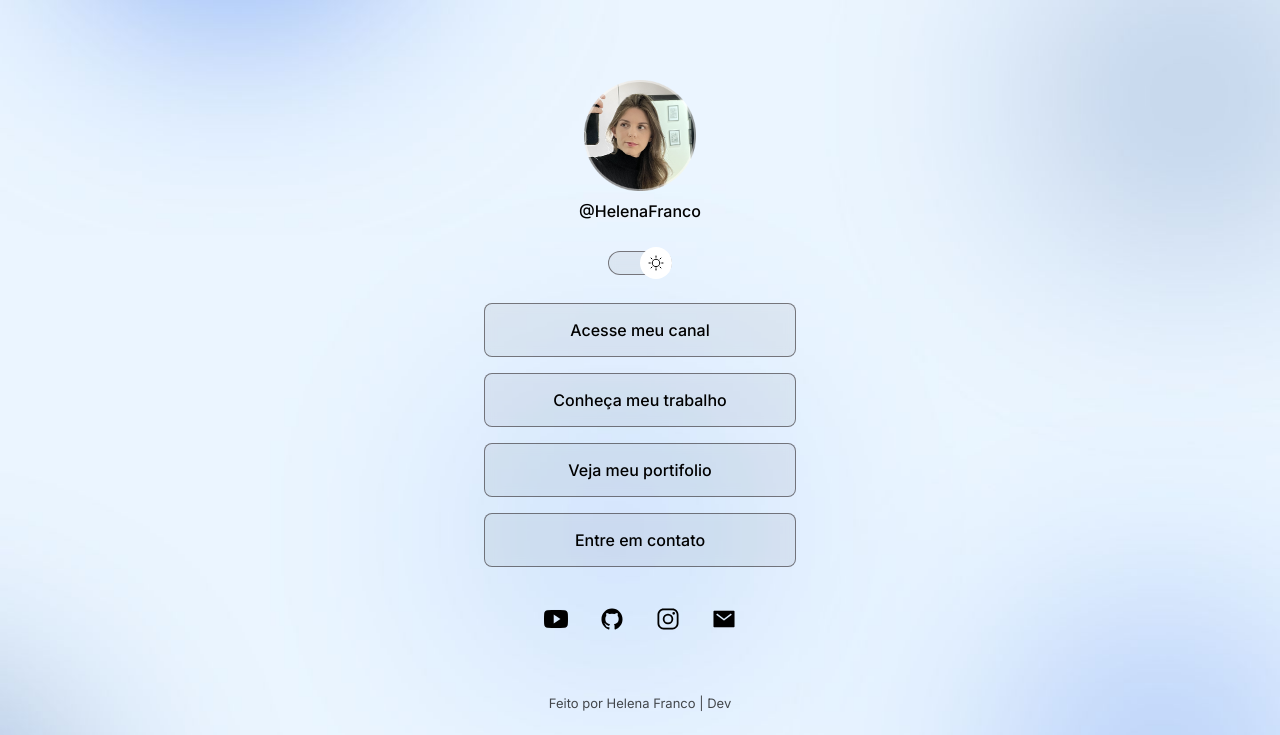
Repository: Fr4nc021/Pagina-de-links-
Page: index.html
These files come from the project's save history. The page is drawn as it stood at one moment and after the next save; the edit follows.
The browser window is 1280 px wide. The pictures show the whole page.

Above is the page before, as saved 2025-02-18 23:33:23.

### index.html
<!DOCTYPE html>
<html lang="pt-br" class="light">
    <head>
    <link rel="preconnect" href="https://fonts.googleapis.com" />
    <link rel="preconnect" href="https://fonts.gstatic.com" crossorigin
    />
    <link
    href="https://fonts.googleapis.com/css2?family=Inter:ital,opsz,wght@0,14..32,100..900;1,14..32,100..900&display=swap" rel="stylesheet"
    />
    <meta charset="UTF-8" />
    <meta http-equiv="X-UA-Compatible" content="IE=edge" />
    <meta name="viewport" content="width=device-width, initial-scale=1.0" />
    <title>DevLinks</title>
    <link rel="stylesheet" href="style.css" />
</head>
<body>
    <div id="container">
    <div id="profile">
    <img
        src="./assets/avatar.png"
        alt="Foto da Helena Franco sorrindo">
        <p>@HelenaFranco</p>
    </div>
    <div id="switch" onclick="toggleMode()">
        <button></button>
        <span></span>
    </div>

    <div>
        <ul>
            <li>
                <a href="https://www.youtube.com/@FR4NC021" target="_blank">Acesse meu canal</a>
            </li>
            <li>
                <a href="https://github.com/Fr4nc021" target="_blank">Conheça meu trabalho</a>
            </li>
            <li>
                <a href="https://github.com/Fr4nc021" target="_blank">Veja meu portifolio</a>
            </li>
            <li>
                <a href="https://w.app/hibmft" target="_blank">Entre em contato</a>
            </li>
        </ul>
    </div>
        <div id="social-links">
            <a href="https://www.youtube.com/@FR4NC021" target="_blank">
            <ion-icon name="logo-youtube"></ion-icon></a>

            <a href="https://github.com/Fr4nc021" target="_blank">
            <ion-icon name="logo-github"></ion-icon></a>

            <a href="https://www.instagram.com/h.franco__/" target="_blank">
            <ion-icon name="logo-instagram"></ion-icon></a>

            <a href="https://w.app/doczx7" target="_blank">
            <ion-icon name="mail-sharp"></ion-icon></a>
        </div>

        <footer>
            Feito por Helena Franco | Dev
        </footer>
    </div>
    <script
    type="module"
    src="https://unpkg.com/ionicons@7.1.0/dist/ionicons/ionicons.esm.js" ></script>
<script
nomodule
src = "https://unpkg.com/ionicons@7.1.0/dist/ionicons/ionicons.js" ></script>

<script src="script.js"></script>

</body>
</html>

### style.css
* {
    margin: 0%;
    padding: 0%;
    box-sizing: border-box;
}

:root {
    --text-color: white;
    --bg-light-desktop: url(./assets/bg-desktop.jpg);
    --bg-light-mobile: url(./assets/bg-mobile.jpg);
    --stroke-color: rgba(255, 255, 255, 0.5);
    --surface-color: rgba(255, 255, 255, 0.1);
    --surface-color-hover: rgba(0, 0, 0, 0.02);
    --highlight-color: rgba(255, 255, 255, 0.2);
    --switch-bg-url: url(./assets/moon-stars.svg);
}

.light {
    --text-color: black;
    --bg-light-desktop: url(./assets/bg-desktop-light.jpg);
    --bg-light-mobile: url(./assets/bg-mobile-light.jpg);
    --stroke-color: rgba(15, 5, 5, 0.5);
    --surface-color: rgba(0, 0, 0, 0.05);
    --surface-color-hover: rgba(0, 0, 0, 0.02);
    --highlight-color: rgba(0, 0, 0, 0.1);
    --switch-bg-url: url(./assets/sun.svg);


}

body {
background: var(--bg-light-desktop) no-repeat top center/cover;

color: var(--text-color);
}

body * {
        font-family: "Inter", sans-serif;
        color: var(--text-color);
    }

    .dark-mode {
        background-image: var(--bg-dark-desktop);
    }

    /* Para telas menores (mobile) */
    @media screen and (max-width: 768px) {
        body {
            background-image: var(--bg-light-mobile);
        }
        .dark-mode {
            background-image: var(--bg-dark-mobile);
        }
    }

#container {
    width: 360px;
    margin: 56px auto 0px;
    padding: 0 24px;
}

#profile img {
    width: 112px;
    display: block;
    margin: auto;

}

#profile {
    text-align: center;
    padding: 24px;
}

#profile p {
    font-weight: 500;
    line-height: 24px;
    margin-top: 8px;
}

#switch {
    position: relative; /* põe o elemento dentro de outro */
    width: 64px;

    margin: 4px auto;
}

#switch button {
    width: 32px;
    height: 32px;
    background: white var(--switch-bg-url) no-repeat center;
    border: 0;
    border-radius: 50%;

    position: absolute;
    top: 50%;
    left: 0;
    left: initial;
    z-index: 1;
    transform: translateY(-50%);
}

.light #switch button {
    right: 0;

}

#switch span {
    display: block;
    width: 64px;
    height: 24px;
    background: var(--surface-color);
    border: 1px solid var(--stroke-color);
    backdrop-filter: blur(4px);
    -webkit-backdrop-filter: blur(4px);
    border-radius: 9999px;
}

/* Links */

ul{
    list-style: none;
    display: flex;
    flex-direction: column;
    gap: 16px;

    padding: 24px 0;
}

ul li a {

        display: flex;
        align-items: center;
        justify-content: center;

        padding: 16px 24px;

        background: var(--surface-color);
        border: 1px solid var(--stroke-color);
        border-radius: 8px;

        -webkit-backdrop-filter: blur(4px);
        backdrop-filter: blur(4px);

        text-decoration: none;
        font-weight: 500;

        transition: background 0.2s;
    }

    /* pseudo-selector */

    ul li a:hover {
        background: var(--surface-color-hover);
        border: 1.5px solid var(--text-color);
    }

    #social-links {
        display: flex;
        justify-content: center;

        margin-top: 24px 0;

        font-size:24px;
    }

    #social-links a {
        display: flex;
        align-items: center;
        justify-content: center;
        padding: 16px;

        transition: 0.2s;
        border-radius: 50%;
    }


    #social-links a:hover {
        background:--var(--highlight-color);
    }

    footer {
        padding: 24px;
        text-align: center;
        margin-top: 24px;
        font-size: small;
        opacity: 0.7;

    }

### script.js
function toggleMode() {
    const html = document.documentElement
    html.classList.toggle('light');

    //if (html.classList.contains('light')) {
        //html.classList.remove('light');
        //} else {
            //html.classList.add('light');}


        }

### assets/sun.svg
<svg width="16" height="16" viewBox="0 0 16 16" fill="none" xmlns="http://www.w3.org/2000/svg">
<path d="M8 11.75C10.0711 11.75 11.75 10.0711 11.75 8C11.75 5.92893 10.0711 4.25 8 4.25C5.92893 4.25 4.25 5.92893 4.25 8C4.25 10.0711 5.92893 11.75 8 11.75Z" stroke="black" stroke-linecap="round" stroke-linejoin="round"/>
<path d="M8 2.25V1" stroke="black" stroke-linecap="round" stroke-linejoin="round"/>
<path d="M3.9313 3.9313L3.05005 3.05005" stroke="black" stroke-linecap="round" stroke-linejoin="round"/>
<path d="M2.25 8H1" stroke="black" stroke-linecap="round" stroke-linejoin="round"/>
<path d="M3.9313 12.0687L3.05005 12.95" stroke="black" stroke-linecap="round" stroke-linejoin="round"/>
<path d="M8 13.75V15" stroke="black" stroke-linecap="round" stroke-linejoin="round"/>
<path d="M12.0686 12.0687L12.9499 12.95" stroke="black" stroke-linecap="round" stroke-linejoin="round"/>
<path d="M13.75 8H15" stroke="black" stroke-linecap="round" stroke-linejoin="round"/>
<path d="M12.0686 3.9313L12.9499 3.05005" stroke="black" stroke-linecap="round" stroke-linejoin="round"/>
</svg>

After the next save:
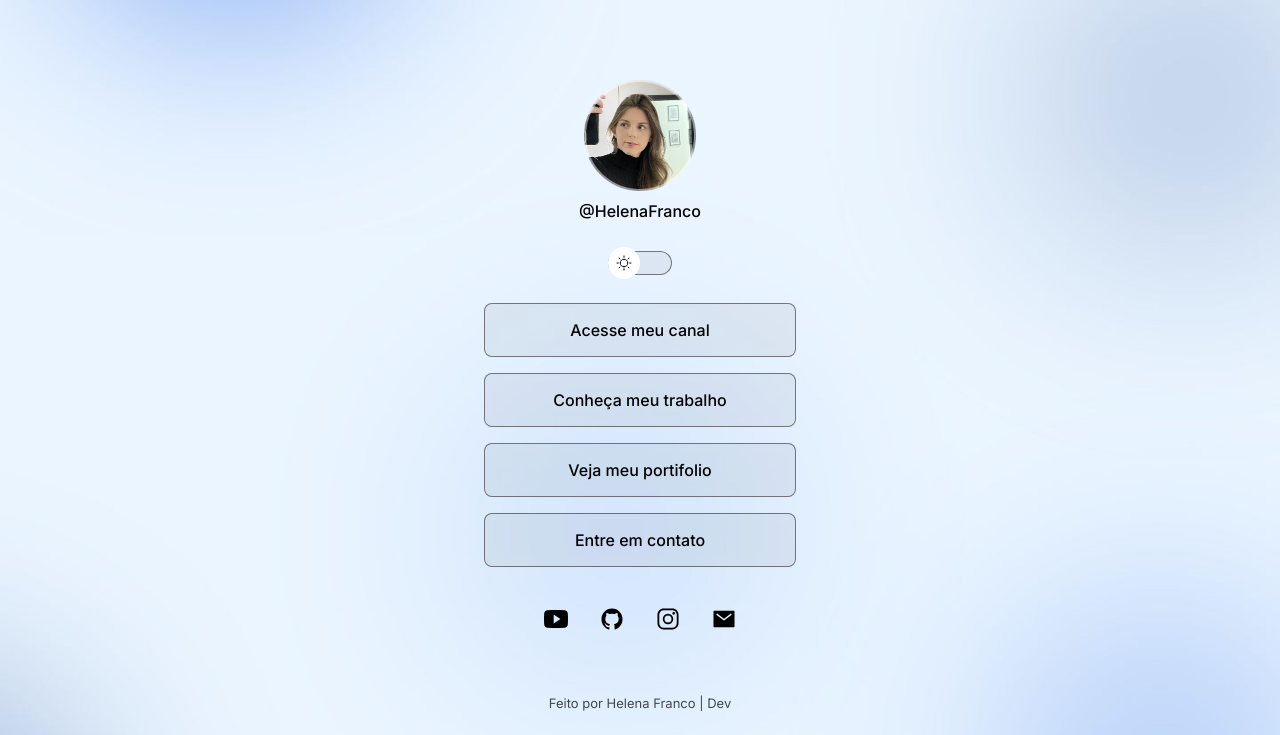
Saved 22 s later.
--- a/style.css
+++ b/style.css
@@ -94,14 +94,13 @@
     position: absolute;
     top: 50%;
     left: 0;
-    left: initial;
+    right: initial;
     z-index: 1;
     transform: translateY(-50%);
 }
 
 .light #switch button {
     right: 0;
-
 }
 
 #switch span {

After the save that followed:
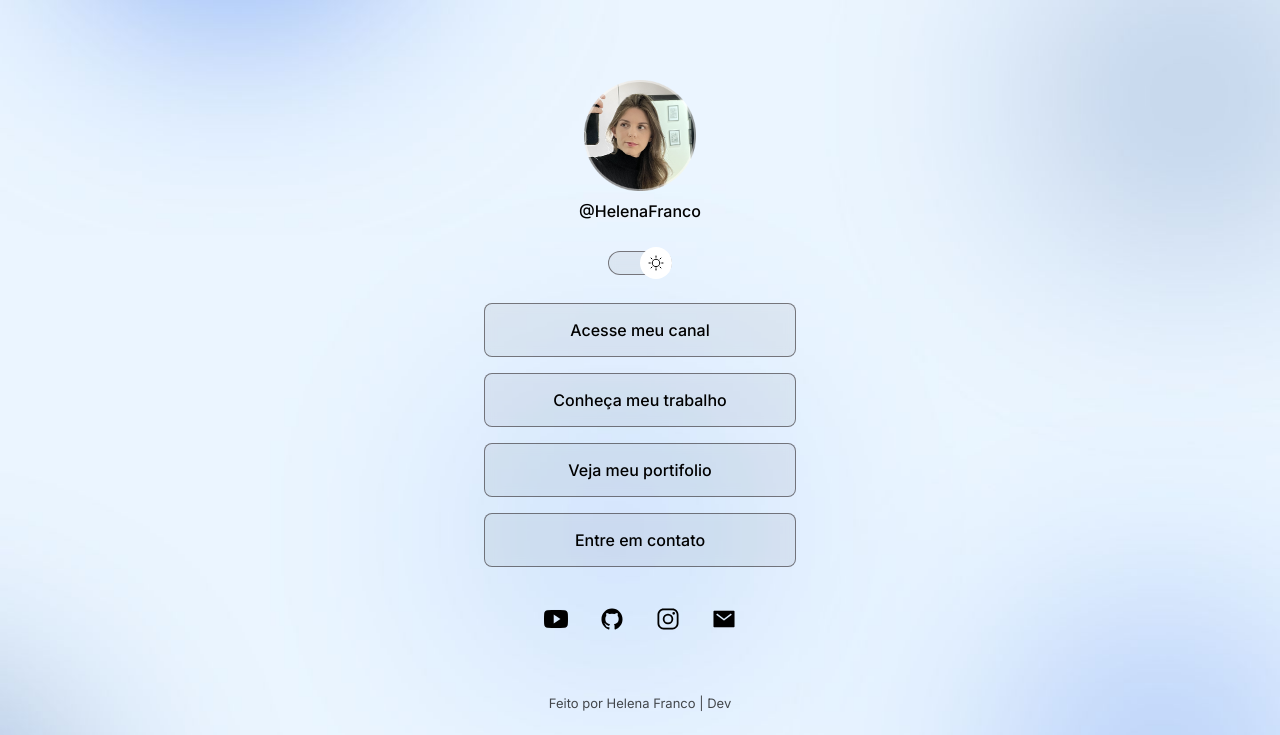
Saved 3 min 9 s later.
--- a/style.css
+++ b/style.css
@@ -94,13 +94,14 @@
     position: absolute;
     top: 50%;
     left: 0;
-    right: initial;
     z-index: 1;
     transform: translateY(-50%);
 }
 
 .light #switch button {
     right: 0;
+    left: initial;
+
 }
 
 #switch span {
